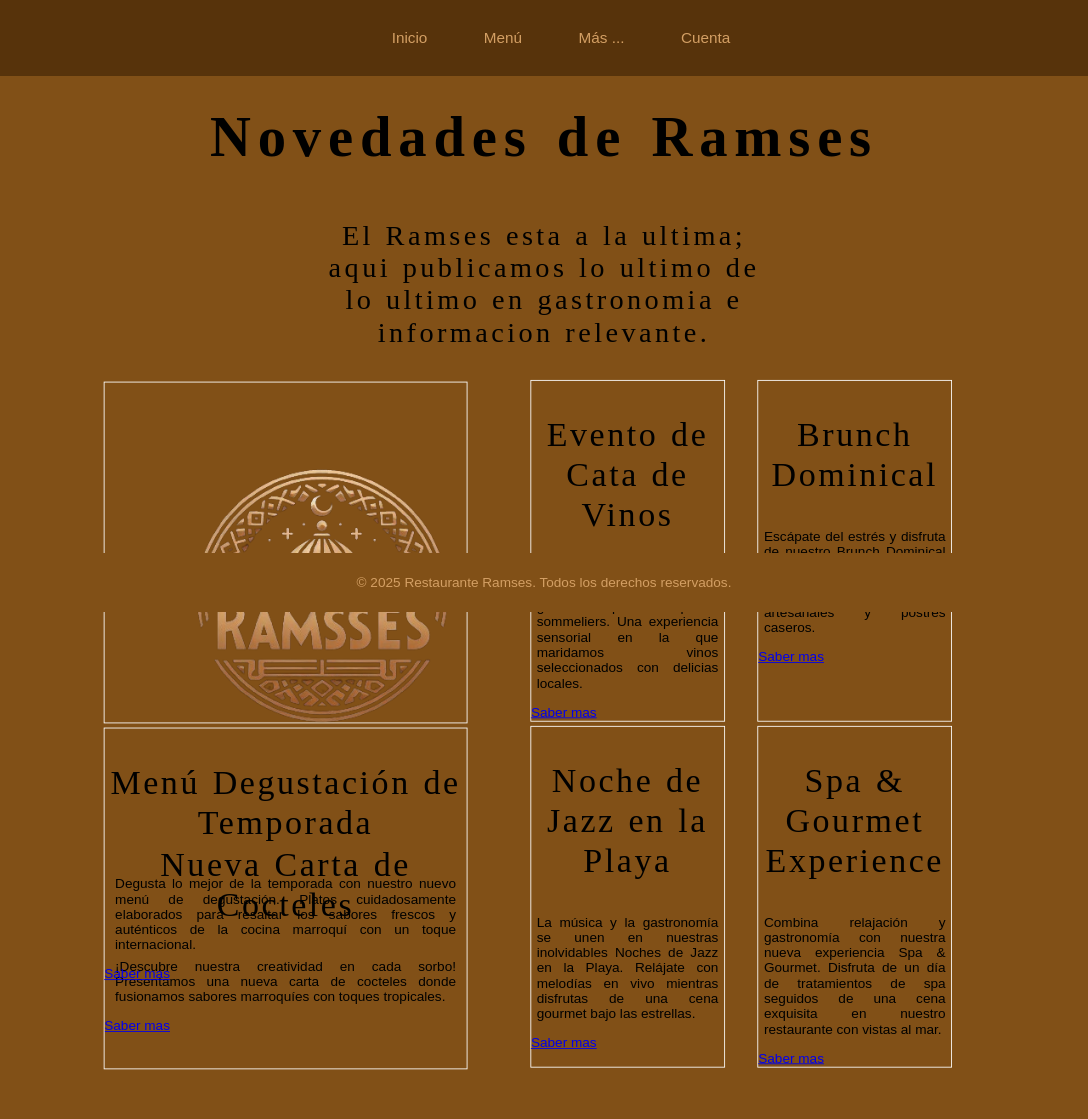
Repository: demoniers/demonIers.github.io
Page: web-lenguajes/src/noticias.html
These files come from the project's save history. The page is drawn as it stood at one moment and after the next save; the edit follows.
The browser window is 1280 px wide. The pictures show the whole page, at 85% of full size.
Some web fonts or font styles are not loaded; a fallback is used.

Above is the page before, as saved 2025-01-23 09:19:25.

### web-lenguajes/src/noticias.html
<!DOCTYPE html>
<html lang="es">

    <head>
        <meta charset="UTF-8">
        <meta name="viewport" content="width=device-width, initial-scale=1.0">
        <link rel="stylesheet" href="../style/noticias.css">
        <title>Restaurante Ejemplo</title>
        <style>
    </style>
    </head>

    <body>
        <div class="header">
            <nav>
                <ul>
                    <li><a href="../index.html">Inicio</a></li>
                    <li><a>Menú</a></li>
                    <li><a>Más ...</a>
                        <ul class="subitemul">
                            <li class="subitem"><a href="#">Novedades</a></li>
                        </ul>
                    </li>
                    <li>
                        <a href>Cuenta</a>
                        <ul class="subitemul">
                            <li class="subitem"><a href="./login.html">Iniciar
                                    sesion</a></li>
                            <li class="subitem"><a
                                    href="./singin.html">Registrarse</a></li>
                        </ul>
                    </li>
                </ul>
            </nav>
        </div>
        <div class="container">
            <h1 class="titulo-centrado">Novedades de Ramses</h1>
            <p class="subtitulo">El Ramses esta a la ultima; aqui publicamos lo
                ultimo de lo ultimo en gastronomia e
                informacion relevante.</p>
            <div class="cont-noticias">
                <div class="noticia1">
                    <img src="../img/logo-removebg-preview.png" alt="">
                    <p class="titulo-articulo">Nueva Carta de Cocteles</p>
                    <p class="text-articulo">¡Descubre nuestra creatividad en cada sorbo! Presentamos una nueva carta de cocteles donde fusionamos sabores marroquíes con toques tropicales.</p>
                    <a href="#" class="enlaceart">Saber mas</a>
                </div>
                <div class="noticia2">
                    <p class="titulo-articulo">Evento de Cata de Vinos</p>
                    <p class="text-articulo">Acompáñanos en nuestra exclusiva cata de vinos, guiada por expertos sommeliers. Una experiencia sensorial en la que maridamos vinos seleccionados con delicias locales.</p>
                    <a href="#" class="enlaceart">Saber mas</a>
                </div>
                <div class="noticia3">
                    <p class="titulo-articulo">Brunch Dominical</p>
                    <p class="text-articulo">Escápate del estrés y disfruta de nuestro Brunch Dominical frente al mar. Un buffet exquisito que incluye mariscos frescos, panes artesanales y postres caseros.</p>
                    <a href="#" class="enlaceart">Saber mas</a>
                </div>
                <div class="noticia1">
                    <p class="titulo-articulo">Menú Degustación de Temporada</p>
                    <p class="text-articulo">Degusta lo mejor de la temporada con nuestro nuevo menú de degustación. Platos cuidadosamente elaborados para resaltar los sabores frescos y auténticos de la cocina marroquí con un toque internacional.</p>
                    <a href="#" class="enlaceart">Saber mas</a>
                </div>
                <div class="noticia2">
                    <p class="titulo-articulo">Noche de Jazz en la Playa</p>
                    <p class="text-articulo">La música y la gastronomía se unen en nuestras inolvidables Noches de Jazz en la Playa. Relájate con melodías en vivo mientras disfrutas de una cena gourmet bajo las estrellas.</p>
                    <a href="#" class="enlaceart">Saber mas</a>
                </div>
                <div class="noticia3">
                    <p class="titulo-articulo">Spa & Gourmet Experience</p>
                    <p class="text-articulo">Combina relajación y gastronomía
                        con nuestra nueva experiencia Spa & Gourmet. Disfruta de
                        un día de tratamientos de spa seguidos de una cena
                        exquisita en nuestro restaurante con vistas al mar.</p>
                    <a href="#" class="enlaceart">Saber mas</a>
                </div>
            </div>
        </div>
        <div class="footer">
            <p>&copy; 2025 Restaurante Ramses. Todos los derechos
                reservados.</p>
        </div>
    </body>

</html>

### web-lenguajes/style/noticias.css
body {
    margin: 0;
    font-family: Arial, sans-serif;
    display: flex;
    flex-direction: column;
    align-items: center;
    background-color: #815017;
}

@font-face {
    font-family: "Overcooked";
    src: url("https://db.onlinewebfonts.com/t/4d9ee5a678d899047a987f0408b4b052.eot");
    src: url("https://db.onlinewebfonts.com/t/4d9ee5a678d899047a987f0408b4b052.eot?#iefix")format("embedded-opentype"),
    url("https://db.onlinewebfonts.com/t/4d9ee5a678d899047a987f0408b4b052.woff2")format("woff2"),
    url("https://db.onlinewebfonts.com/t/4d9ee5a678d899047a987f0408b4b052.woff")format("woff"),
    url("https://db.onlinewebfonts.com/t/4d9ee5a678d899047a987f0408b4b052.ttf")format("truetype"),
    url("https://db.onlinewebfonts.com/t/4d9ee5a678d899047a987f0408b4b052.svg#Overcooked")format("svg");
}
.titulo-centrado {
    font-family: "Overcooked";
    text-align: center;
    word-spacing: 4px;
    letter-spacing: 8px;
    font-size: 50pt;
}
.subtitulo {
    font-family: "Overcooked";
    text-align: center;
    word-spacing: 1.5px;
    letter-spacing: 4px;
    font-size: 25pt;
    width: 45%;
}

/* menu superior */
.header {
    position: fixed;
    top: 0;
    width: 100%;
    background-color: #57330b;
    color: #d39f64;
    text-align: center;
    padding: 10px 0;
    z-index: 1000;
}

.header nav a {
    margin: 0 15px;
    text-decoration: none;
    font-size: 18px;
}

.header nav ul li {
    display: inline-block;
    position: relative;
}

nav ul li a {
    display: block;
    padding: 8px 16px;
    text-decoration: none;
    color: #d39f64;
}

nav ul li ul {
    display: none;
    position: absolute;
    top: 100%;
    left: 0;
    box-shadow: 0px 4px 8px rgba(0, 0, 0, 0.3);
}

nav ul li:hover ul {
    display: block;
}
.subitemul {
    text-align: center;
    background-color:#6b43159c;
}
.subitemul:hover {
    background-color: #d39f646c;
    color: #6b4315;
}

/*###############################################################################*/

.container {
    margin: 5%;
    padding: 2%;
    width: 90%;
    height: 1000px;
}
.titulo-centrado {
    padding: 3%;
    margin: auto;
}
.subtitulo {
    margin: auto;
    padding-top: 2%;
}
.cont-noticias {
    display: grid;
    grid-template-columns: 3fr 3fr 3fr;
    width: 90%;
    padding-left: 5%;
    margin-top: 3%;
    padding-bottom: 5%;
}
.noticia1 {
    width: 85%;
    grid-column: 1;
    height: 400px;
    border: solid white 1px;
    margin-top: 1%;
}
.noticia2 {
    width: 85%;
    grid-column: 2;
    height: 400px;
    border: solid white 1px;
    margin-top: 1%;
}
.noticia3 {
    width: 85%;
    grid-column: 3;
    height: 400px;
    border: solid white 1px;
    margin-top: 1%;
}

.footer {
    background-color: #815017;
    color: #d39f64;
    text-align: center;
    height: 50px;
    padding: 10px;
    position: fixed;
    bottom: 0;
    width: 100%;
}

.titulo-articulo {
    font-family: "Overcooked";
    text-align: center;
    word-spacing: 2px;
    letter-spacing: 3px;
    font-size: 30pt;
}
.text-articulo {
    margin-left: 3%;
    margin-right: 3%;
    text-align: justify;
    font-size: 12pt;
}

After the next save:
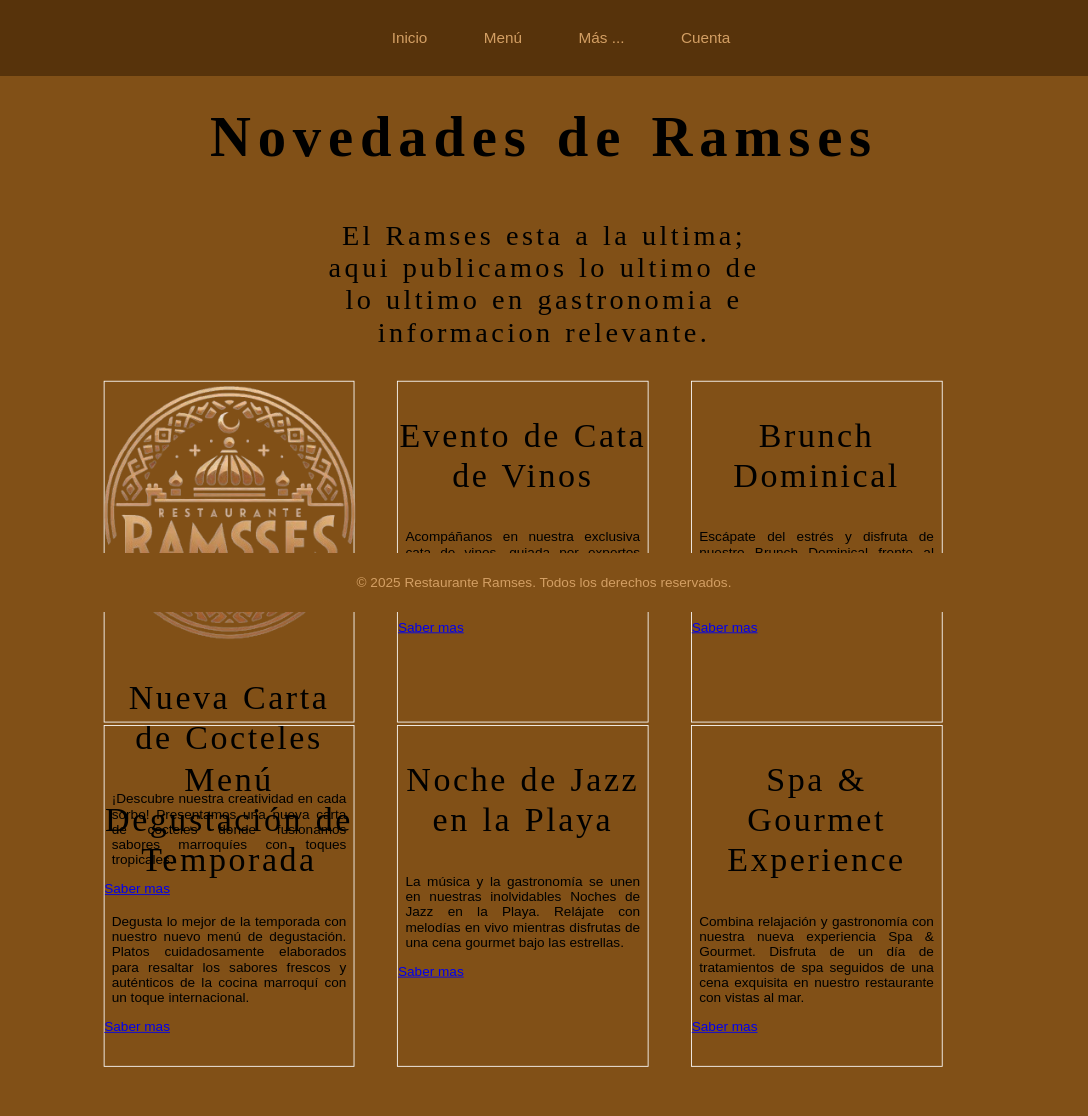
Saved 13 min 43 s later.
--- a/web-lenguajes/src/noticias.html
+++ b/web-lenguajes/src/noticias.html
@@ -40,7 +40,7 @@
                 informacion relevante.</p>
             <div class="cont-noticias">
                 <div class="noticia1">
-                    <img src="../img/logo-removebg-preview.png" alt="">
+                    <img src="../img/logo-ramses.png" alt="">
                     <p class="titulo-articulo">Nueva Carta de Cocteles</p>
                     <p class="text-articulo">¡Descubre nuestra creatividad en cada sorbo! Presentamos una nueva carta de cocteles donde fusionamos sabores marroquíes con toques tropicales.</p>
                     <a href="#" class="enlaceart">Saber mas</a>
